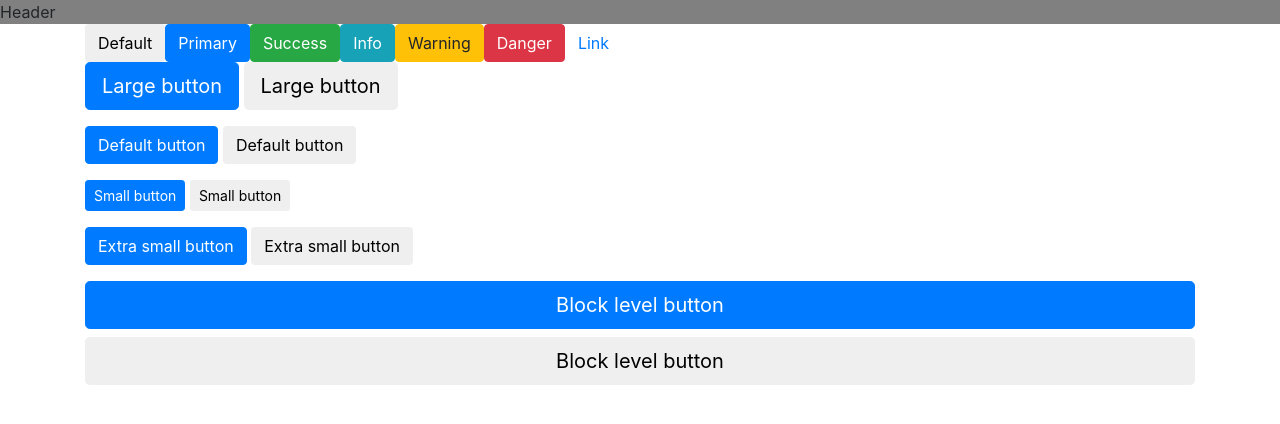
Repository: Eri-Naka/test
Page: boot/WebContent/index.html
The author's editor kept a copy of each file at every save. The page is drawn from the files as they stood at one save, then again after the next save.
The browser window is 1280 px wide. The pictures show the whole page.

Above is the page before, as saved 2018-06-25 05:29:10.

After the next save:
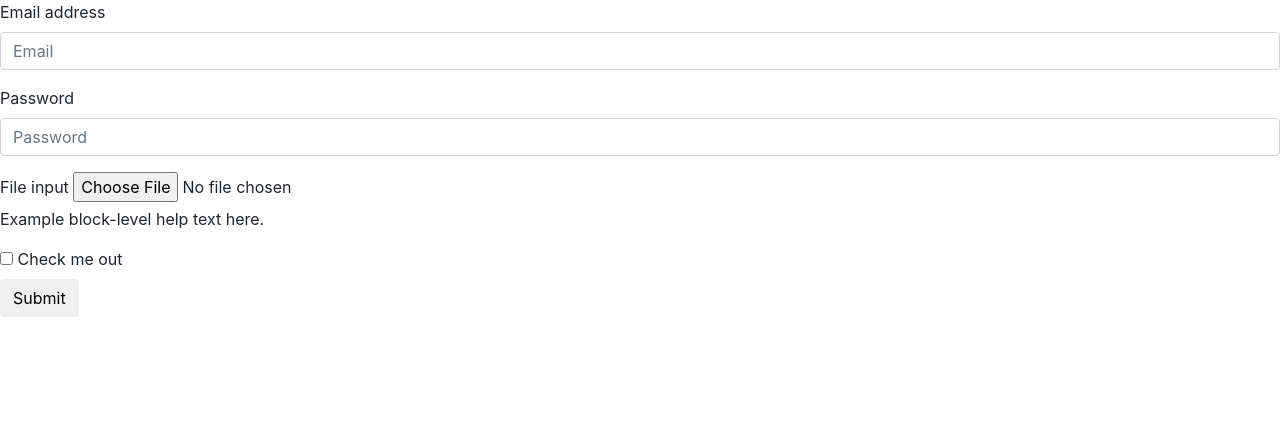
Saved 82 s later.
--- a/boot/WebContent/index.html
+++ b/boot/WebContent/index.html
@@ -22,41 +22,27 @@ text-align: center;
     <title>Hello, world!</title>
   </head>
   <body>
-  <header style="background-color:gray">Header</header>
-<div class="container">
-  <div class="table-responsive">
-    <table class="table table-bordered">
-    <thead>
-     <button type="button" class="btn btn-default">Default</button>
-<button type="button" class="btn btn-primary">Primary</button>
-<button type="button" class="btn btn-success">Success</button>
-<button type="button" class="btn btn-info">Info</button>
-<button type="button" class="btn btn-warning">Warning</button>
-<button type="button" class="btn btn-danger">Danger</button>
-<button type="button" class="btn btn-link">Link</button>
-
-<p>
-  <button type="button" class="btn btn-primary btn-lg">Large button</button>
-  <button type="button" class="btn btn-default btn-lg">Large button</button>
-</p>
-<p>
-  <button type="button" class="btn btn-primary">Default button</button>
-  <button type="button" class="btn btn-default">Default button</button>
-</p>
-<p>
-  <button type="button" class="btn btn-primary btn-sm">Small button</button>
-  <button type="button" class="btn btn-default btn-sm">Small button</button>
-</p>
-<p>
-  <button type="button" class="btn btn-primary btn-xs">Extra small button</button>
-  <button type="button" class="btn btn-default btn-xs">Extra small button</button>
-</p>
-
-<button type="button" class="btn btn-primary btn-lg btn-block">Block level button</button>
-<button type="button" class="btn btn-default btn-lg btn-block">Block level button</button>
-
-    </tbody>
-  </table>
+  <form>
+  <div class="form-group">
+    <label for="exampleInputEmail1">Email address</label>
+    <input type="email" class="form-control" id="exampleInputEmail1" placeholder="Email">
+  </div>
+  <div class="form-group">
+    <label for="exampleInputPassword1">Password</label>
+    <input type="password" class="form-control" id="exampleInputPassword1" placeholder="Password">
+  </div>
+  <div class="form-group">
+    <label for="exampleInputFile">File input</label>
+    <input type="file" id="exampleInputFile">
+    <p class="help-block">Example block-level help text here.</p>
+  </div>
+  <div class="checkbox">
+    <label>
+      <input type="checkbox"> Check me out
+    </label>
+  </div>
+  <button type="submit" class="btn btn-default">Submit</button>
+</form>
 </div>
 
     <!-- Optional JavaScript -->
